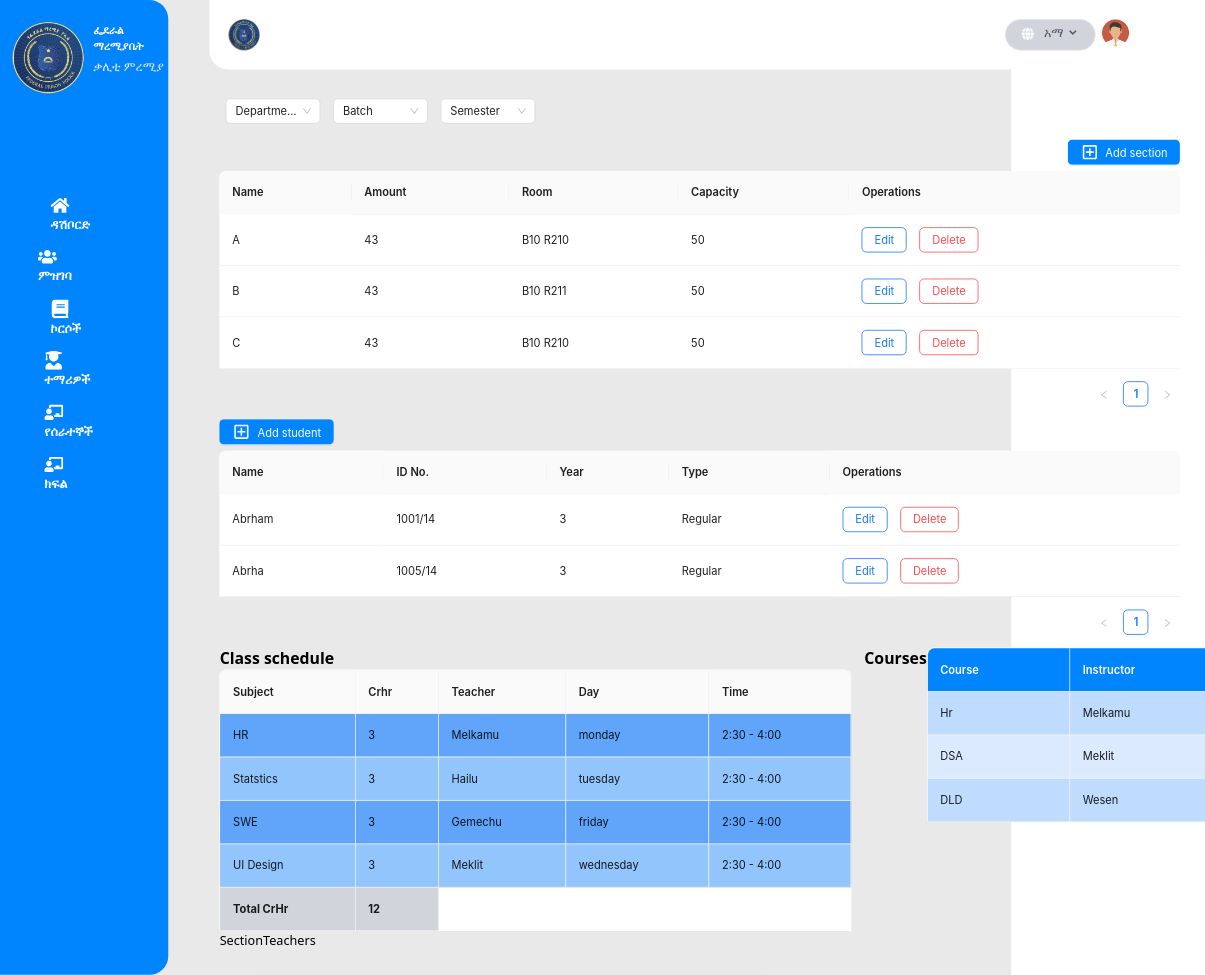
Repository: Yigoya/federal-prison-education-ms-frontend
Page: /classroom, after clicking the first element matching `td.ant-table-cell > a`
An editor plug-in stored every save of this project. The page is shown before and after a run of saves, followed by the edit.
The browser window is 1280 px wide. The page is 1525 px wide, so the pictures cover 1525 px, including what lies to the right of the window. The pictures show the whole page, at 79% of full size.
The project was rebuilt for these pictures with package versions that can differ from the ones it lists, and the page was loaded fresh each time. Also part of the build but not shown: vite.config.js, src/App.css, src/pages/DashBoard.jsx, src/pages/Courses.jsx, src/layout/AuthLayout.jsx, src/pages/Login.jsx, src/pages/Teachers.jsx, src/pages/StudentRegistration.jsx and 2 more. Imported but missing from the stored project, and not drawn on this page: src/pages/Students.

Above is the page before, as saved 2024-07-05 11:02:22.

After the next 2 saves:
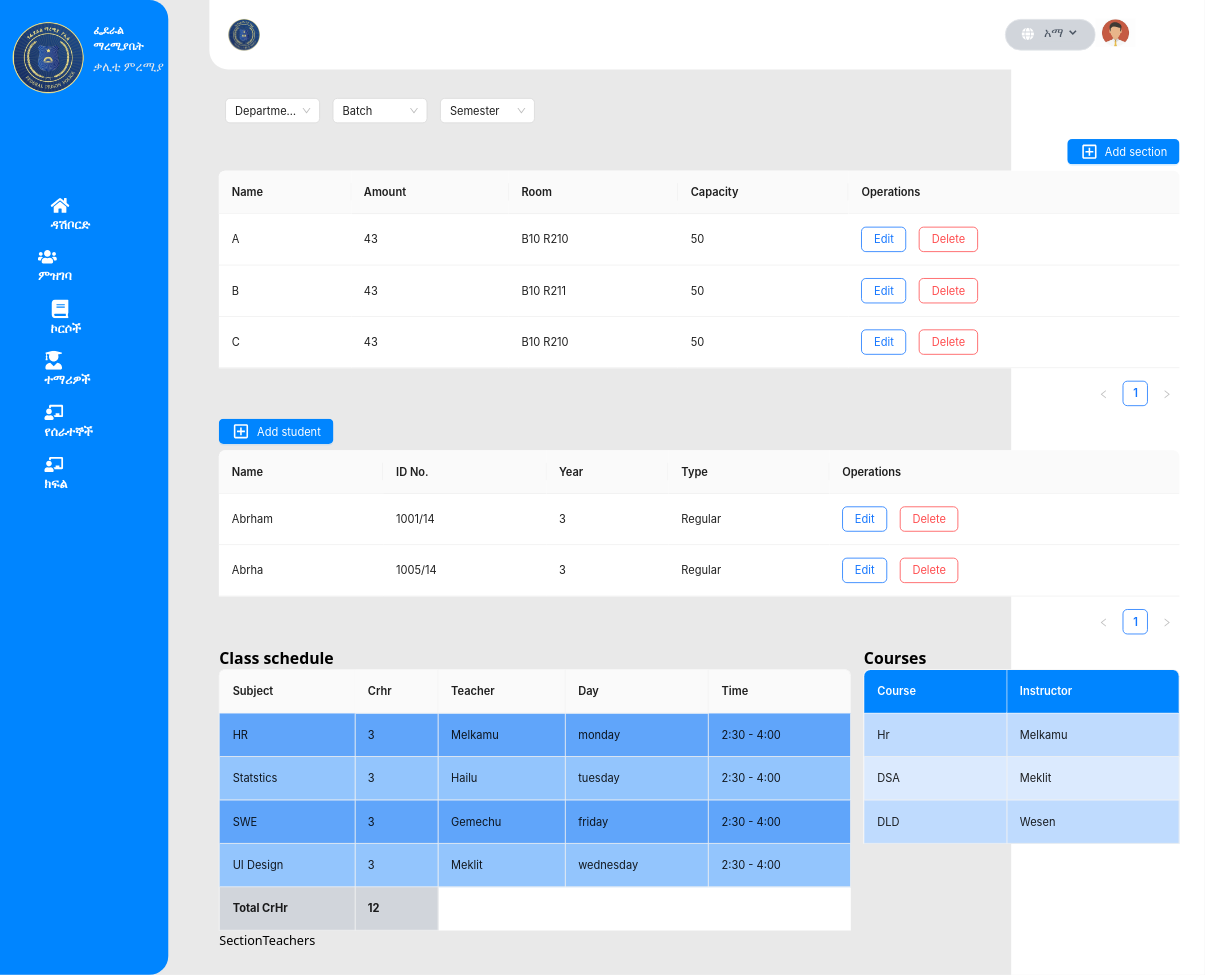
The 2 saves are shown as one change because they came seconds apart.
The last was saved 11 s later.
--- a/src/components/classroom/CoursesList.jsx
+++ b/src/components/classroom/CoursesList.jsx
@@ -38,9 +38,7 @@
   <>
     <div className="flex justify-center">
         <div>
-
-        </div>
-    <h1 className="text-xl font-bold">Courses</h1>
+        <h1 className="text-xl font-bold">Courses</h1>
       <Table
         className="w-[400px]"
         columns={columns}
@@ -51,6 +49,8 @@
           index % 2 === 0 ? "bg-blue-200" : "bg-blue-100"
         }
       />
+        </div>
+
     </div>
   </>
 );
